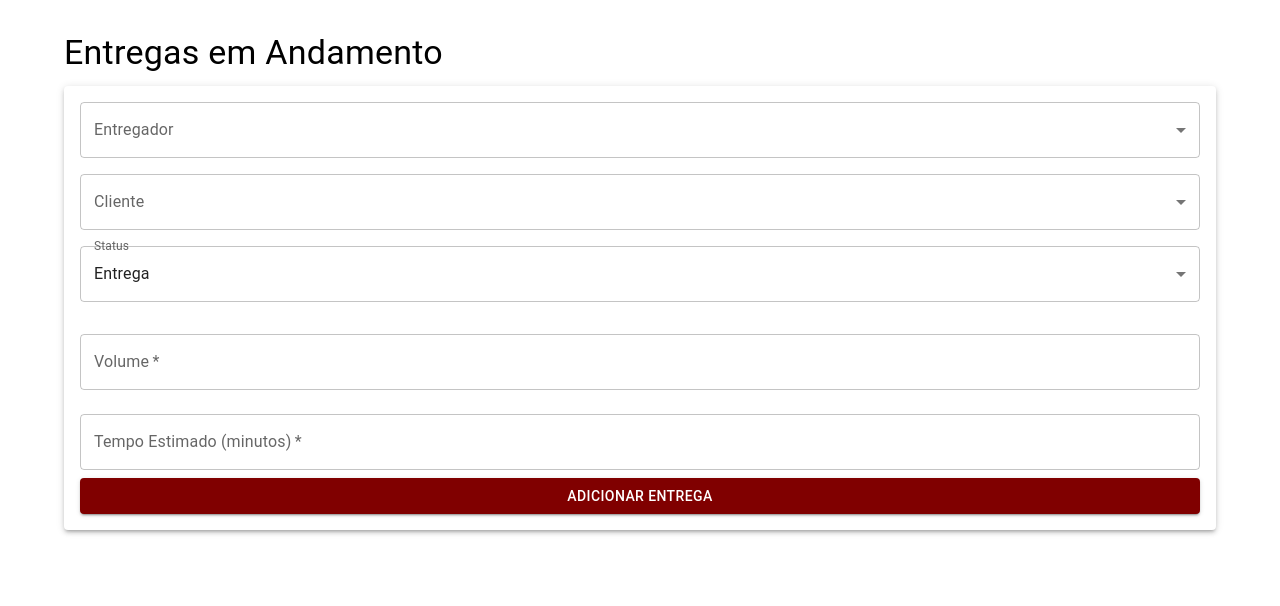
Repository: feliperanon/gestao-entregas
Page: /dashboard (app in frontend/)
These files come from the project's save history. The page is drawn as it stood at one moment and after the next save; the edit follows.
The browser window is 1280 px wide. The pictures show the whole page.
The page's requests for data from a server got no answer. The project was rebuilt for these pictures with package versions that can differ from the ones it lists, and the page was loaded fresh each time. No one was signed in, and anything a server would have sent is missing. Also part of the build but not shown: frontend/src/pages/Clientes.js, frontend/src/pages/Entregadores.js, frontend/src/pages/History.js, frontend/src/pages/Login.js, frontend/src/pages/Status.js, frontend/src/pages/Analise.js.

Above is the page before, as saved 2024-07-01 18:54:17.

### frontend/src/index.js
import React from 'react';
import ReactDOM from 'react-dom/client';
import { BrowserRouter as Router } from 'react-router-dom';
import { ThemeProvider, createTheme } from '@mui/material/styles';
import App from './App';

const theme = createTheme({
  palette: {
    primary: {
      main: '#800000', // Cor vinho
    },
    secondary: {
      main: '#f50057',
    },
  },
});

const root = ReactDOM.createRoot(document.getElementById('root'));
root.render(
  <ThemeProvider theme={theme}>
    <Router>
      <App />
    </Router>
  </ThemeProvider>
);

### frontend/src/App.js
import React from 'react';
import { Routes, Route } from 'react-router-dom';
import Dashboard from './pages/Dashboard';
import Clientes from './pages/Clientes';
import Entregadores from './pages/Entregadores';
import History from './pages/History';
import Login from './pages/Login';
import Status from './pages/Status';
import Analise from './pages/Analise';

const App = () => {
  return (
    <Routes>
      <Route path="/dashboard" element={<Dashboard />} />
      <Route path="/clientes" element={<Clientes />} />
      <Route path="/entregadores" element={<Entregadores />} />
      <Route path="/history" element={<History />} />
      <Route path="/login" element={<Login />} />
      <Route path="/status" element={<Status />} />
      <Route path="/analise" element={<Analise />} />
    </Routes>
  );
};

export default App;

### frontend/src/pages/Dashboard.js
import React, { useState, useEffect, useCallback } from 'react';
import {
  Container, Typography, TextField, Button, Select, MenuItem, InputLabel, FormControl, Box, Paper, List, ListItem, ListItemText, ListItemSecondaryAction, IconButton
} from '@mui/material';
import { styled } from '@mui/material/styles';
import DeleteIcon from '@mui/icons-material/Delete';
import CheckIcon from '@mui/icons-material/Check';
import api from '../services/api';

const StyledContainer = styled(Container)(({ theme }) => ({
  marginTop: theme.spacing(4),
}));

const StyledForm = styled(Box)(({ theme }) => ({
  marginBottom: theme.spacing(2),
}));

const StyledFormControl = styled(FormControl)(({ theme }) => ({
  minWidth: 120,
  marginBottom: theme.spacing(2),
}));

const StyledListItem = styled(ListItem)(({ theme }) => ({
  marginBottom: theme.spacing(1),
}));

const Dashboard = () => {
  const [entregas, setEntregas] = useState([]);
  const [entregadores, setEntregadores] = useState([]);
  const [clientes, setClientes] = useState([]);
  const [form, setForm] = useState({ nomeEntregador: '', cliente: '', volume: '', status: 'Entrega', tempoEstimado: '' });

  const fetchEntregas = useCallback(async () => {
    try {
      const response = await api.get('/entregas');
      console.log('Fetch Entregas:', response.data);
      const entregasComTempoDecorrido = response.data.map(entrega => ({
        ...entrega,
        tempoDecorrido: calculateTempoDecorrido(entrega.dataInicio)
      }));
      setEntregas(entregasComTempoDecorrido);
    } catch (error) {
      console.error('Error fetching entregas:', error);
    }
  }, []);

  useEffect(() => {
    const fetchEntregadores = async () => {
      try {
        const response = await api.get('/entregadores');
        setEntregadores(response.data);
      } catch (error) {
        console.error('Error fetching entregadores:', error);
      }
    };

    const fetchClientes = async () => {
      try {
        const response = await api.get('/clientes');
        setClientes(response.data);
      } catch (error) {
        console.error('Error fetching clientes:', error);
      }
    };

    fetchEntregas();
    fetchEntregadores();
    fetchClientes();

    const intervalId = setInterval(() => {
      setEntregas((prevEntregas) =>
        prevEntregas.map((entrega) => ({
          ...entrega,
          tempoDecorrido: calculateTempoDecorrido(entrega.dataInicio)
        }))
      );
    }, 60000); // Atualiza a cada minuto

    return () => clearInterval(intervalId); // Limpa o intervalo quando o componente desmonta
  }, [fetchEntregas]);

  const calculateTempoDecorrido = (dataInicio) => {
    const now = new Date();
    const inicio = new Date(dataInicio);
    const diffInMinutes = Math.floor((now - inicio) / 60000); // Calcula a diferença em minutos
    return diffInMinutes;
  };

  const handleChange = (e) => {
    setForm({ ...form, [e.target.name]: e.target.value });
  };

  const handleSubmit = async (e) => {
    e.preventDefault();
    try {
      const entregadorExistente = entregas.find(entrega => entrega.nomeEntregador === form.nomeEntregador && entrega.status === 'Entrega');
      if (entregadorExistente) {
        alert('O entregador já está em uma rotina de entrega.');
        return;
      }

      const novaEntrega = {
        ...form,
        dataInicio: new Date().toISOString() // Adiciona a data e hora de início
      };
      const response = await api.post('/entregas', novaEntrega);
      setEntregas([...entregas, { ...response.data, tempoDecorrido: calculateTempoDecorrido(response.data.dataInicio) }]);
      setForm({ nomeEntregador: '', cliente: '', volume: '', status: 'Entrega', tempoEstimado: '' });
    } catch (error) {
      console.error('Error adding entrega:', error);
    }
  };

  const handleFinalize = async (id) => {
    try {
      console.log('Finalizing entrega with ID:', id);
      const response = await api.put(`/entregas/${id}`, { status: 'Finalizada' });
      console.log('Finalization response:', response.data);
      fetchEntregas(); // Atualiza a lista de entregas após a finalização
    } catch (error) {
      console.error('Error finalizing entrega:', error);
    }
  };

  const handleDelete = async (id) => {
    try {
      console.log('Deleting entrega with ID:', id);
      await api.delete(`/entregas/${id}`);
      setEntregas((prevEntregas) => prevEntregas.filter(entrega => entrega._id !== id));
    } catch (error) {
      console.error('Error deleting entrega:', error);
    }
  };

  return (
    <StyledContainer>
      <Typography variant="h4" gutterBottom>Entregas em Andamento</Typography>
      <Paper elevation={3}>
        <StyledForm p={2}>
          <form onSubmit={handleSubmit}>
            <StyledFormControl fullWidth>
              <InputLabel>Entregador</InputLabel>
              <Select
                name="nomeEntregador"
                value={form.nomeEntregador}
                onChange={handleChange}
                required
              >
                {entregadores.map((entregador) => (
                  <MenuItem key={entregador._id} value={entregador.nome}>{entregador.nome}</MenuItem>
                ))}
              </Select>
            </StyledFormControl>
            <StyledFormControl fullWidth>
              <InputLabel>Cliente</InputLabel>
              <Select
                name="cliente"
                value={form.cliente}
                onChange={handleChange}
                required
              >
                {clientes.map((cliente) => (
                  <MenuItem key={cliente._id} value={cliente.nome}>{cliente.nome}</MenuItem>
                ))}
              </Select>
            </StyledFormControl>
            <StyledFormControl fullWidth>
              <InputLabel>Status</InputLabel>
              <Select
                name="status"
                value={form.status}
                onChange={handleChange}
                required
              >
                <MenuItem value="Entrega">Entrega</MenuItem>
                <MenuItem value="Finalizada">Finalizada</MenuItem>
              </Select>
            </StyledFormControl>
            <TextField
              name="volume"
              value={form.volume}
              onChange={handleChange}
              label="Volume"
              fullWidth
              required
              margin="normal"
            />
            <TextField
              name="tempoEstimado"
              value={form.tempoEstimado}
              onChange={handleChange}
              label="Tempo Estimado (minutos)"
              fullWidth
              required
              margin="normal"
            />
            <Button type="submit" variant="contained" color="primary" fullWidth>Adicionar Entrega</Button>
          </form>
        </StyledForm>
      </Paper>
      <List>
        {entregas.filter(entrega => entrega.status === 'Entrega').map((entrega) => (
          <StyledListItem key={entrega._id}>
            <ListItemText
              primary={`${entrega.nomeEntregador} - ${entrega.cliente} - ${entrega.volume} - ${entrega.status} - ${entrega.tempoEstimado} minutos - Tempo Em Andamento: ${entrega.tempoDecorrido} minutos`}
            />
            <ListItemSecondaryAction>
              <IconButton edge="end" aria-label="finalize" onClick={() => handleFinalize(entrega._id)}>
                <CheckIcon />
              </IconButton>
              <IconButton edge="end" aria-label="delete" onClick={() => handleDelete(entrega._id)}>
                <DeleteIcon />
              </IconButton>
            </ListItemSecondaryAction>
          </StyledListItem>
        ))}
      </List>
    </StyledContainer>
  );
};

export default Dashboard;

### frontend/src/services/api.js
import axios from 'axios';

const api = axios.create({
  baseURL: 'http://localhost:5003'
});

export default api;

Loaded but not shown: frontend/public/index.html (common file)

After the next save:
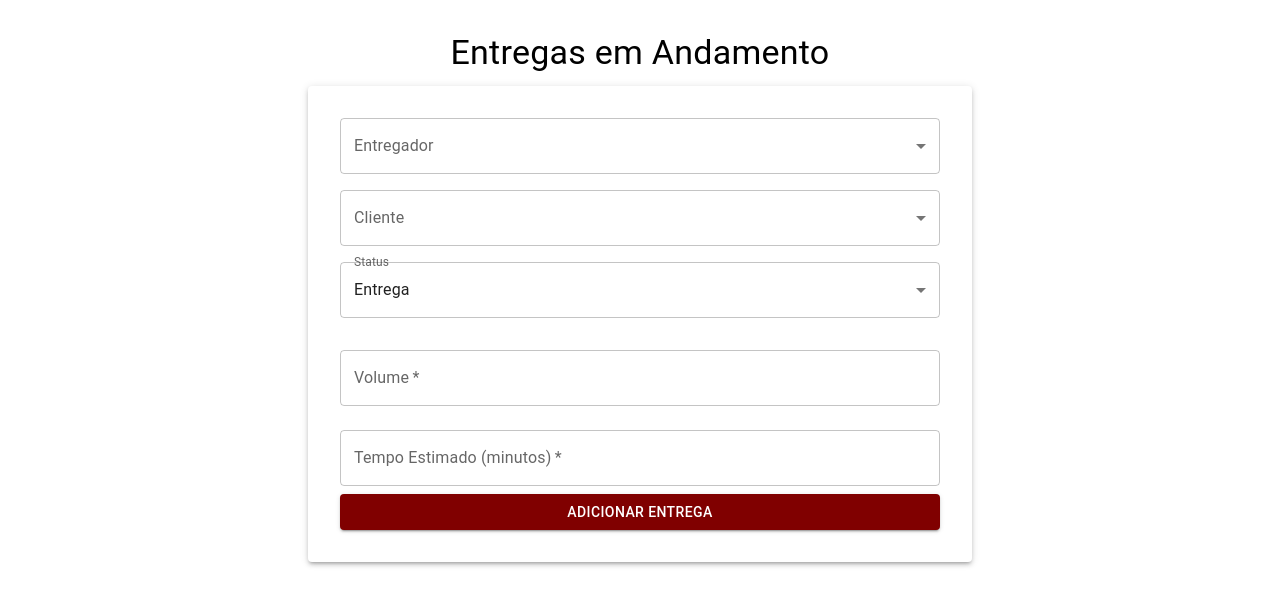
Saved 2 min 52 s later.
--- a/frontend/src/pages/Dashboard.js
+++ b/frontend/src/pages/Dashboard.js
@@ -9,15 +9,22 @@ import api from '../services/api';
 
 const StyledContainer = styled(Container)(({ theme }) => ({
   marginTop: theme.spacing(4),
-}));
-
-const StyledForm = styled(Box)(({ theme }) => ({
-  marginBottom: theme.spacing(2),
+  display: 'flex',
+  flexDirection: 'column',
+  alignItems: 'center',
+}));
+
+const StyledPaper = styled(Paper)(({ theme }) => ({
+  padding: theme.spacing(4),
+  width: '100%',
+  maxWidth: 600,
+  marginBottom: theme.spacing(4),
 }));
 
 const StyledFormControl = styled(FormControl)(({ theme }) => ({
   minWidth: 120,
   marginBottom: theme.spacing(2),
+  width: '100%',
 }));
 
 const StyledListItem = styled(ListItem)(({ theme }) => ({
@@ -135,69 +142,67 @@ const Dashboard = () => {
   return (
     <StyledContainer>
       <Typography variant="h4" gutterBottom>Entregas em Andamento</Typography>
-      <Paper elevation={3}>
-        <StyledForm p={2}>
-          <form onSubmit={handleSubmit}>
-            <StyledFormControl fullWidth>
-              <InputLabel>Entregador</InputLabel>
-              <Select
-                name="nomeEntregador"
-                value={form.nomeEntregador}
-                onChange={handleChange}
-                required
-              >
-                {entregadores.map((entregador) => (
-                  <MenuItem key={entregador._id} value={entregador.nome}>{entregador.nome}</MenuItem>
-                ))}
-              </Select>
-            </StyledFormControl>
-            <StyledFormControl fullWidth>
-              <InputLabel>Cliente</InputLabel>
-              <Select
-                name="cliente"
-                value={form.cliente}
-                onChange={handleChange}
-                required
-              >
-                {clientes.map((cliente) => (
-                  <MenuItem key={cliente._id} value={cliente.nome}>{cliente.nome}</MenuItem>
-                ))}
-              </Select>
-            </StyledFormControl>
-            <StyledFormControl fullWidth>
-              <InputLabel>Status</InputLabel>
-              <Select
-                name="status"
-                value={form.status}
-                onChange={handleChange}
-                required
-              >
-                <MenuItem value="Entrega">Entrega</MenuItem>
-                <MenuItem value="Finalizada">Finalizada</MenuItem>
-              </Select>
-            </StyledFormControl>
-            <TextField
-              name="volume"
-              value={form.volume}
+      <StyledPaper elevation={3}>
+        <form onSubmit={handleSubmit}>
+          <StyledFormControl fullWidth>
+            <InputLabel>Entregador</InputLabel>
+            <Select
+              name="nomeEntregador"
+              value={form.nomeEntregador}
               onChange={handleChange}
-              label="Volume"
-              fullWidth
               required
-              margin="normal"
-            />
-            <TextField
-              name="tempoEstimado"
-              value={form.tempoEstimado}
+            >
+              {entregadores.map((entregador) => (
+                <MenuItem key={entregador._id} value={entregador.nome}>{entregador.nome}</MenuItem>
+              ))}
+            </Select>
+          </StyledFormControl>
+          <StyledFormControl fullWidth>
+            <InputLabel>Cliente</InputLabel>
+            <Select
+              name="cliente"
+              value={form.cliente}
               onChange={handleChange}
-              label="Tempo Estimado (minutos)"
-              fullWidth
               required
-              margin="normal"
-            />
-            <Button type="submit" variant="contained" color="primary" fullWidth>Adicionar Entrega</Button>
-          </form>
-        </StyledForm>
-      </Paper>
+            >
+              {clientes.map((cliente) => (
+                <MenuItem key={cliente._id} value={cliente.nome}>{cliente.nome}</MenuItem>
+              ))}
+            </Select>
+          </StyledFormControl>
+          <StyledFormControl fullWidth>
+            <InputLabel>Status</InputLabel>
+            <Select
+              name="status"
+              value={form.status}
+              onChange={handleChange}
+              required
+            >
+              <MenuItem value="Entrega">Entrega</MenuItem>
+              <MenuItem value="Finalizada">Finalizada</MenuItem>
+            </Select>
+          </StyledFormControl>
+          <TextField
+            name="volume"
+            value={form.volume}
+            onChange={handleChange}
+            label="Volume"
+            fullWidth
+            required
+            margin="normal"
+          />
+          <TextField
+            name="tempoEstimado"
+            value={form.tempoEstimado}
+            onChange={handleChange}
+            label="Tempo Estimado (minutos)"
+            fullWidth
+            required
+            margin="normal"
+          />
+          <Button type="submit" variant="contained" color="primary" fullWidth>Adicionar Entrega</Button>
+        </form>
+      </StyledPaper>
       <List>
         {entregas.filter(entrega => entrega.status === 'Entrega').map((entrega) => (
           <StyledListItem key={entrega._id}>
